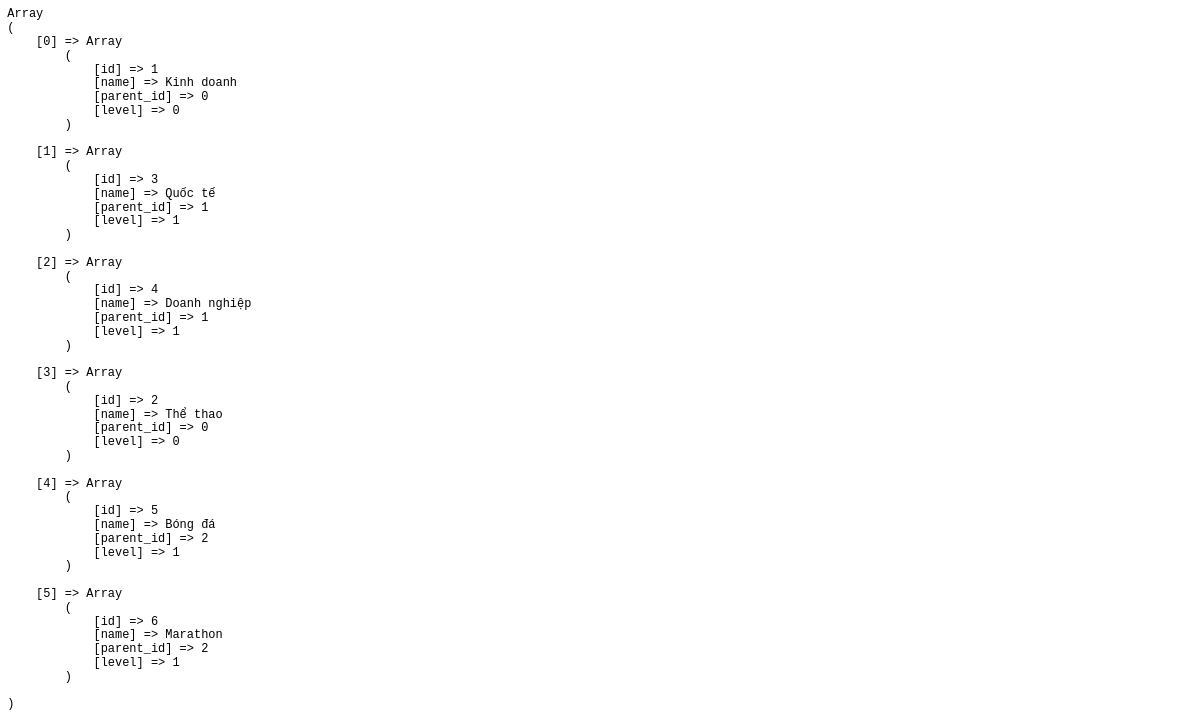
Repository: anhtu2110/backend
Page: http://localhost/backend/section-30_part_2/index.php
The author's editor kept a copy of each file at every save. The page is drawn from the files as they stood at one save, then again after the next save.
The browser window is 1280 px wide. The pictures show the whole page, at 92% of full size.
The page is run by PHP 8.4 with error messages shown; the project is at /var/www/html/.

Above is the page before, as saved 2022-12-06 16:00:21.

After the next save:
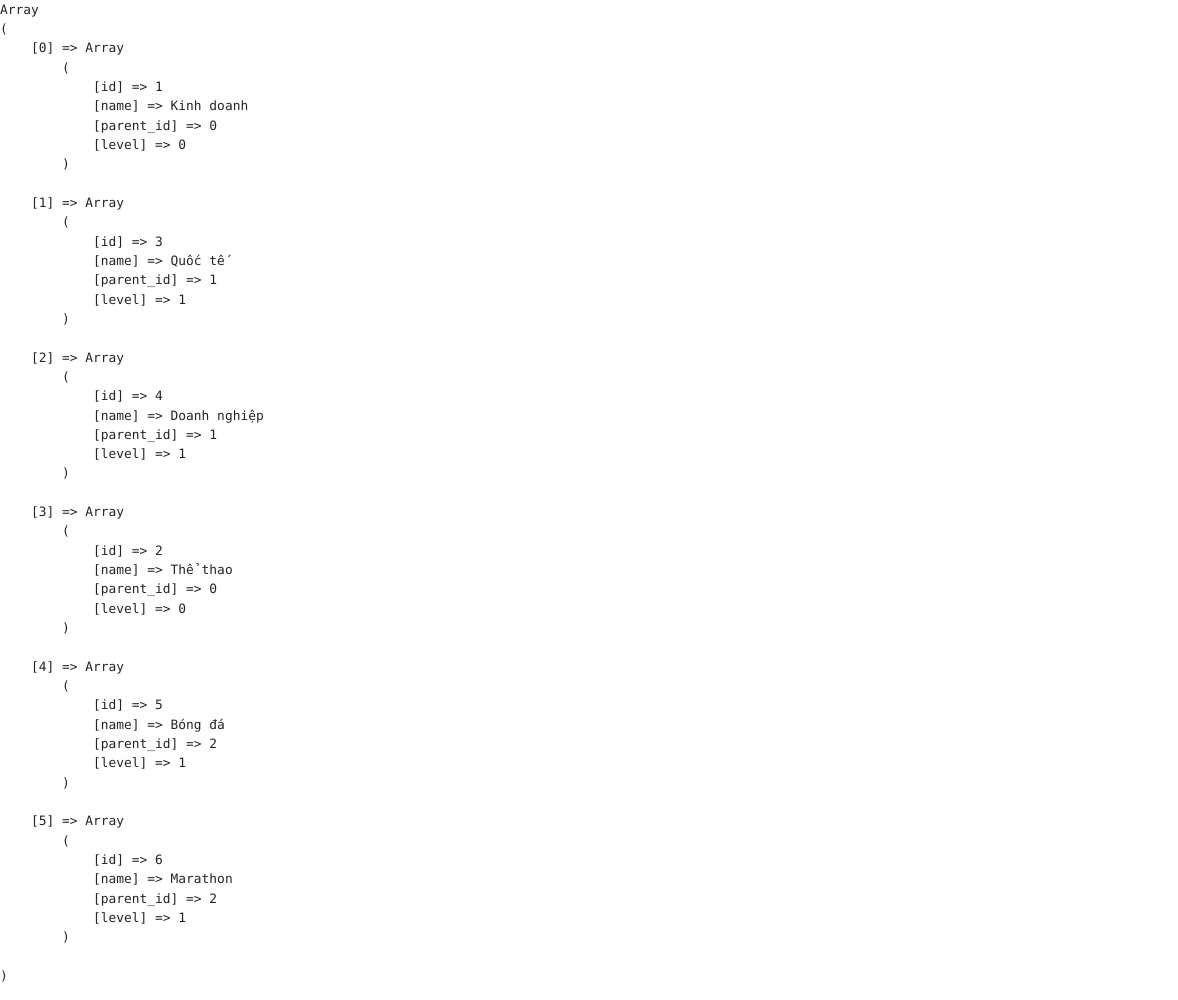
Saved 21 min 26 s later.
--- a/section-30_part_2/index.php
+++ b/section-30_part_2/index.php
@@ -103,3 +103,20 @@ function show_array($data)
 // echo "<pre>";
 // print_r(data_tree($data, 0));
 show_array(data_tree($data, 0));
+?>
+<!DOCTYPE html>
+<html lang="en">
+
+<head>
+    <meta charset="UTF-8">
+    <meta http-equiv="X-UA-Compatible" content="IE=edge">
+    <meta name="viewport" content="width=device-width, initial-scale=1.0">
+    <link rel="stylesheet" href="https://cdn.jsdelivr.net/npm/bootstrap@4.6.2/dist/css/bootstrap.min.css" integrity="sha384-xOolHFLEh07PJGoPkLv1IbcEPTNtaed2xpHsD9ESMhqIYd0nLMwNLD69Npy4HI+N" crossorigin="anonymous">
+    <title>Document</title>
+</head>
+
+<body>
+
+</body>
+
+</html>
